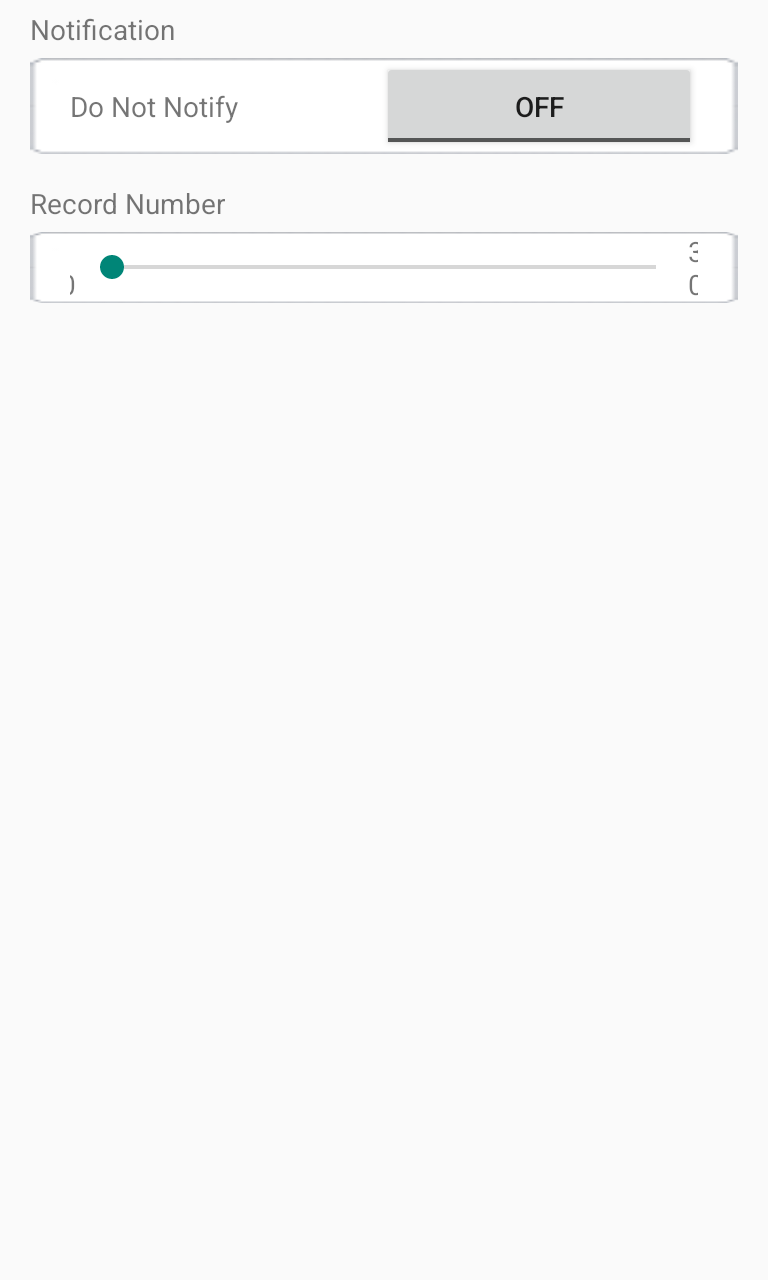
Repository: GitDidNotExitCleanly/AndroidTimer
Layout: G54MDP_Stopwatch/res/layout/fragment_settings.xml
The author's editor kept a copy of each file at every save. The layout is drawn from the files as they stood at one save, then again after the next save.
It is drawn on a 768 x 1280 px phone screen (xhdpi) without system bars, with theme AppTheme; the app's code is not run.

Above is the layout before, as saved 2015-03-07 13:38:13.

### G54MDP_Stopwatch/res/layout/fragment_settings.xml
<?xml version="1.0" encoding="utf-8"?>
<LinearLayout xmlns:android="http://schemas.android.com/apk/res/android"
    android:layout_width="match_parent"
    android:layout_height="match_parent"
    android:orientation="vertical" >

    <LinearLayout
        android:layout_width="match_parent"
        android:layout_height="wrap_content"
        android:orientation="vertical"
        android:layout_marginTop="5dp"
        android:layout_marginBottom="5dp"
        android:layout_marginLeft="15dp"
        android:layout_marginRight="15dp" >

        <TextView
            android:layout_width="wrap_content"
            android:layout_height="wrap_content"
            android:text="Notification" />

       <LinearLayout
           android:layout_width="match_parent"
           android:layout_height="wrap_content"
           android:layout_marginBottom="5dp"
           android:layout_marginTop="5dp"
           android:paddingLeft="20dp"
           android:paddingRight="20dp"
           android:background="@drawable/settings_border"
           android:orientation="horizontal" >

            <TextView
                android:id="@+id/textView2"
                android:layout_width="wrap_content"
                android:layout_height="wrap_content"
                android:layout_weight="1"
                android:text="Do Not Notify" />

            <ToggleButton
                android:id="@+id/toggleButton1"
                android:layout_width="wrap_content"
                android:layout_height="wrap_content"
                android:layout_weight="1"
                android:text="ToggleButton" />

        </LinearLayout>

    </LinearLayout>

    <LinearLayout
        android:layout_width="match_parent"
        android:layout_height="wrap_content"
        android:orientation="vertical"
        android:layout_marginTop="5dp"
        android:layout_marginBottom="5dp"
        android:layout_marginLeft="15dp"
        android:layout_marginRight="15dp" >

         <TextView
            android:id="@+id/textView1"
            android:layout_width="wrap_content"
            android:layout_height="wrap_content"
            android:text="Record Number" />

        <LinearLayout
            android:layout_width="match_parent"
            android:layout_height="wrap_content"
            android:layout_marginBottom="5dp"
            android:layout_marginTop="5dp"
            android:background="@drawable/settings_border"
            android:gravity="center"
            android:orientation="horizontal"
            android:paddingLeft="20dp"
            android:paddingRight="20dp" >

            <TextView
                android:id="@+id/textView3"
                android:layout_width="10dp"
                android:layout_height="wrap_content"
                android:text="10" />

            <SeekBar
                android:id="@+id/seekBar1"
                android:layout_width="fill_parent"
                android:layout_height="wrap_content" />

            <TextView
                android:id="@+id/textView4"
                android:layout_width="10dp"
                android:layout_height="wrap_content"
                android:text="30" />

        </LinearLayout>

    </LinearLayout>

</LinearLayout>

Loaded but not shown: G54MDP_Stopwatch/res/values/styles.xml (common file); G54MDP_Stopwatch/res/values-v11/styles.xml (common file); G54MDP_Stopwatch/res/values-v14/styles.xml (common file)

After the next save:
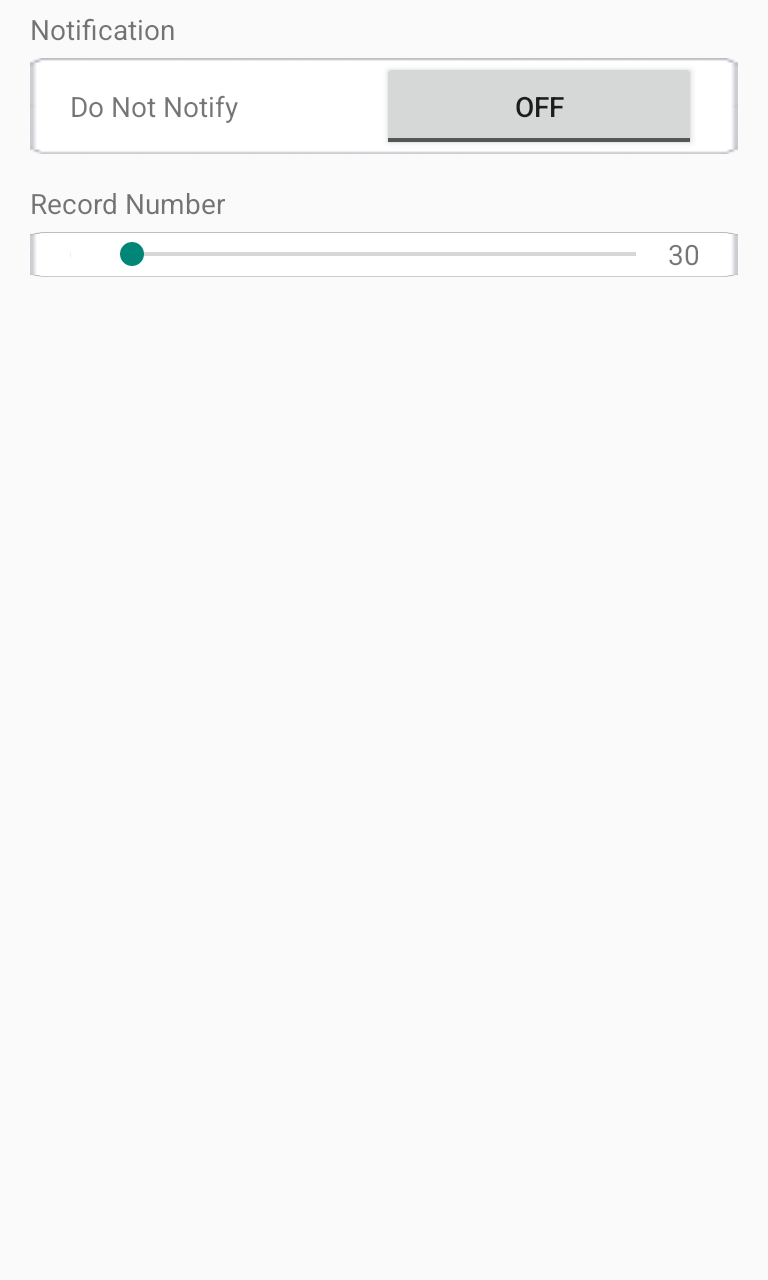
Saved 7 s later.
--- a/G54MDP_Stopwatch/res/layout/fragment_settings.xml
+++ b/G54MDP_Stopwatch/res/layout/fragment_settings.xml
@@ -74,7 +74,7 @@
 
             <TextView
                 android:id="@+id/textView3"
-                android:layout_width="10dp"
+                android:layout_width="30dp"
                 android:layout_height="wrap_content"
                 android:text="10" />
 
@@ -85,7 +85,7 @@
 
             <TextView
                 android:id="@+id/textView4"
-                android:layout_width="10dp"
+                android:layout_width="30dp"
                 android:layout_height="wrap_content"
                 android:text="30" />
 
